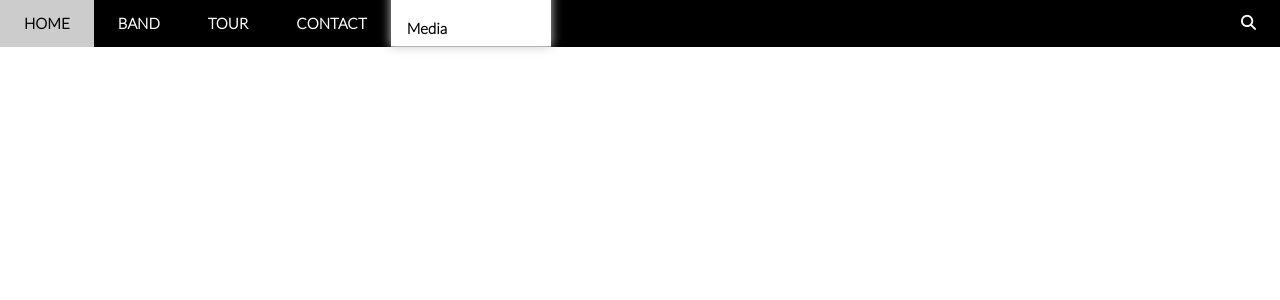
Repository: vanmanhAI/project-03-w3
Page: index.html
These files come from the project's save history. The page is drawn as it stood at one moment and after the next save; the edit follows.
The browser window is 1280 px wide. The pictures show the whole page.
Some web libraries are served in a nearby version.

Above is the page before, as saved 2022-07-09 17:37:53.

After the next save:
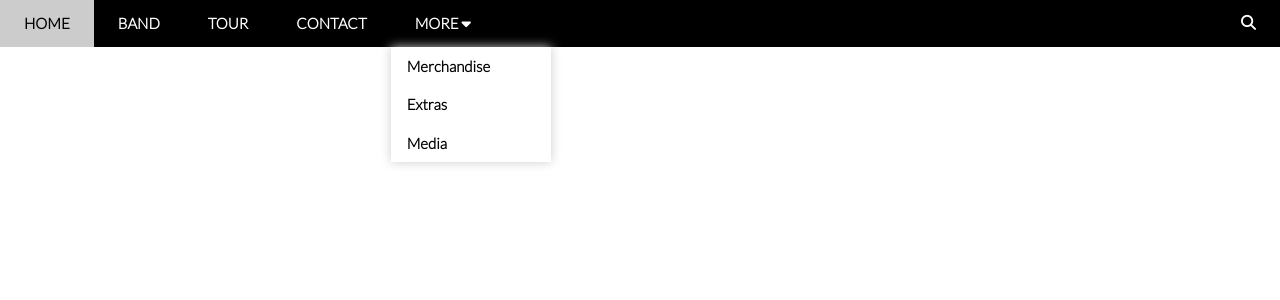
Saved 40 s later.
--- a/assets/css/style.css
+++ b/assets/css/style.css
@@ -71,8 +71,6 @@
     background: #fff;
     color: #000;
     box-shadow: 0 0 10px 0 #ccc;
-    transform: translateY(-100%);
-    z-index: ;
 }
 #nav .subnav li{
     padding: 0.8rem 1.6rem;
